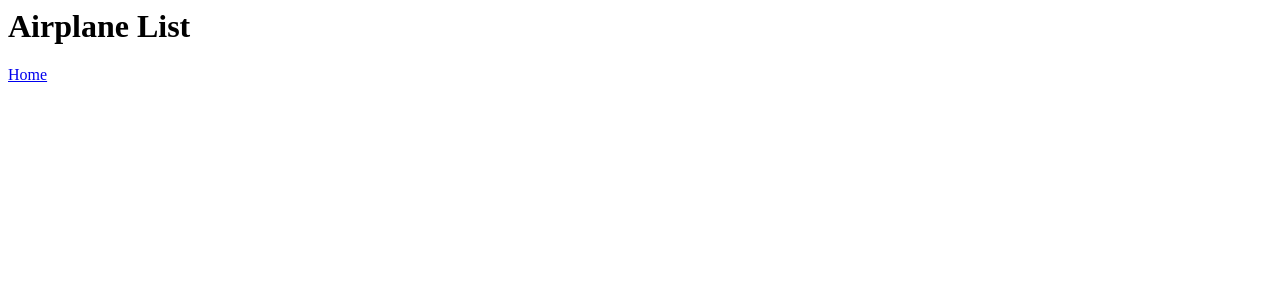
Repository: farhasan/Poly-Airlines
Page: http://localhost/features/allplanes.php
The author's editor kept a record of every edit. The page is drawn from the files as they stood at one moment, then again after the next edit.
The browser window is 1280 px wide. The pictures show the whole page.
The page is run by PHP 8.4 with error messages shown; the project is at /var/www/html/. Queries for data that is not in the repository find no rows.

Above is the page before.

### features/allplanes.php
<?php
session_start();

include '../dbh.php';
?>

<h1>Airplane List</h1>

<?php
$sql = "SELECT * FROM airplane";
$result = mysqli_query($conn, $sql);

while($row = mysqli_fetch_assoc($result))
{
    echo "<h4>Airline: ", $row['airline_name'], "<br>Airplane_ID: ", $row['airplane_id'], "<br>Seats: ", $row['seats'];
}
;
?>

<a href="../index.php">Home</a>

### dbh.php
<?php

$conn = mysqli_connect("127.0.0.1", "farhasan", "", "polyair");

if(!$conn)
{
    die("Connection failed: ".mysqli_connect_error());
}

?>

After the next edit:
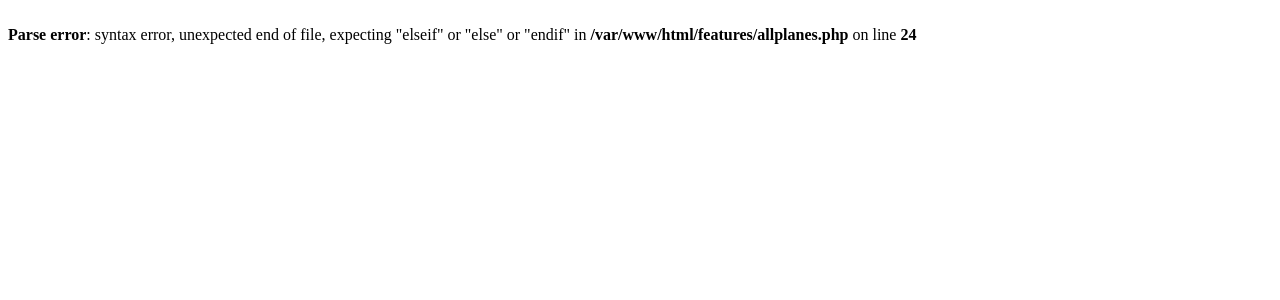
The edit:
--- a/features/allplanes.php
+++ b/features/allplanes.php
@@ -3,6 +3,8 @@
 
 include '../dbh.php';
 ?>
+
+<?php if(isset($_SESSION['a_username'])) : ?>
 
 <h1>Airplane List</h1>
 

After the edit that followed:
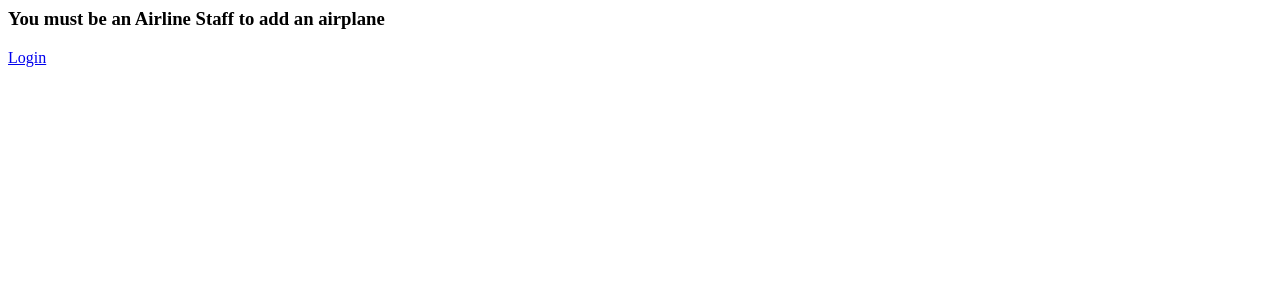
The edit:
--- a/features/allplanes.php
+++ b/features/allplanes.php
@@ -20,3 +20,8 @@
 ?>
 
 <a href="../index.php">Home</a>
+
+<?php else: ?>
+<h3>You must be an Airline Staff to add an airplane</h3>
+<a href="../../logins/login.php">Login</a>
+<?php endif; ?>
